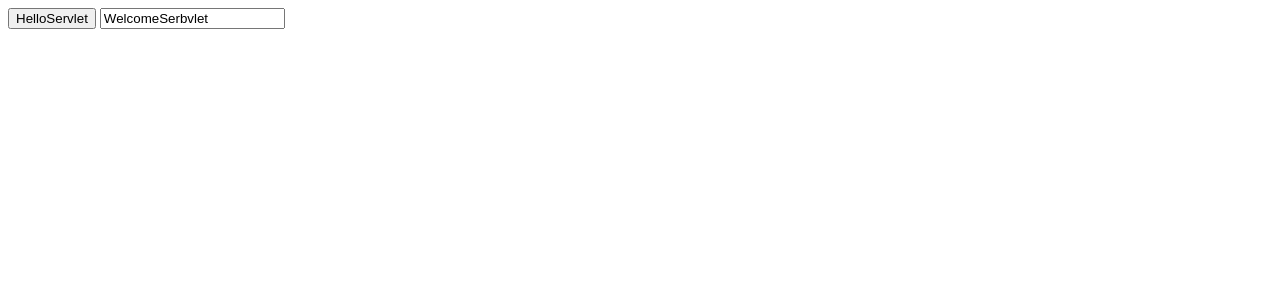
Repository: NoriakiYasumura/test01
Page: http://localhost/HelloServlet/
The author's editor kept a copy of each file at every save. The page is drawn from the files as they stood at one save, then again after the next save.
The browser window is 1280 px wide. The pictures show the whole page.
The page is served by Tomcat 9.

Above is the page before, as saved 2019-03-18 04:03:43.

After the next save:
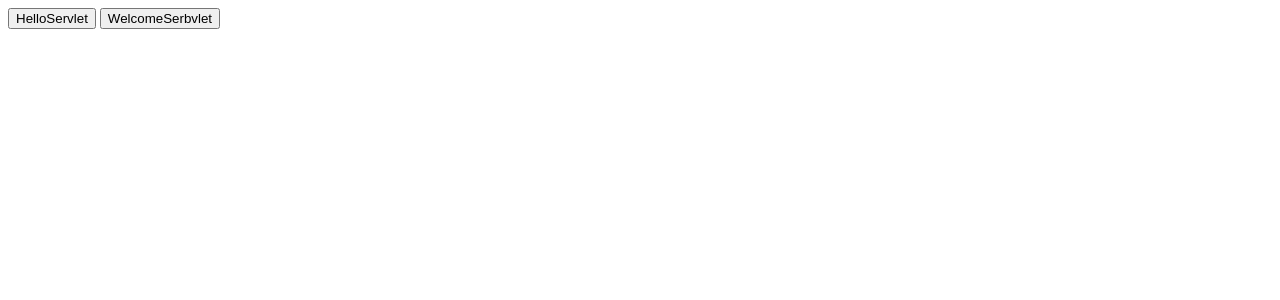
Saved 2 min 35 s later.
--- a/HelloServlet/WebContent/index.jsp
+++ b/HelloServlet/WebContent/index.jsp
@@ -8,7 +8,7 @@
 	</head>
 	<body>
 		<input type = "button" value = "HelloServlet" onClick = "location.href ='HelloServlet'">
-		<input tyoe = "button" value = "WelcomeSerbvlet" onClick = "location.href ='welcome.jsp'">
+		<input type = "button" value = "WelcomeSerbvlet" onClick = "location.href ='welcome.jsp'">
 
 
 
